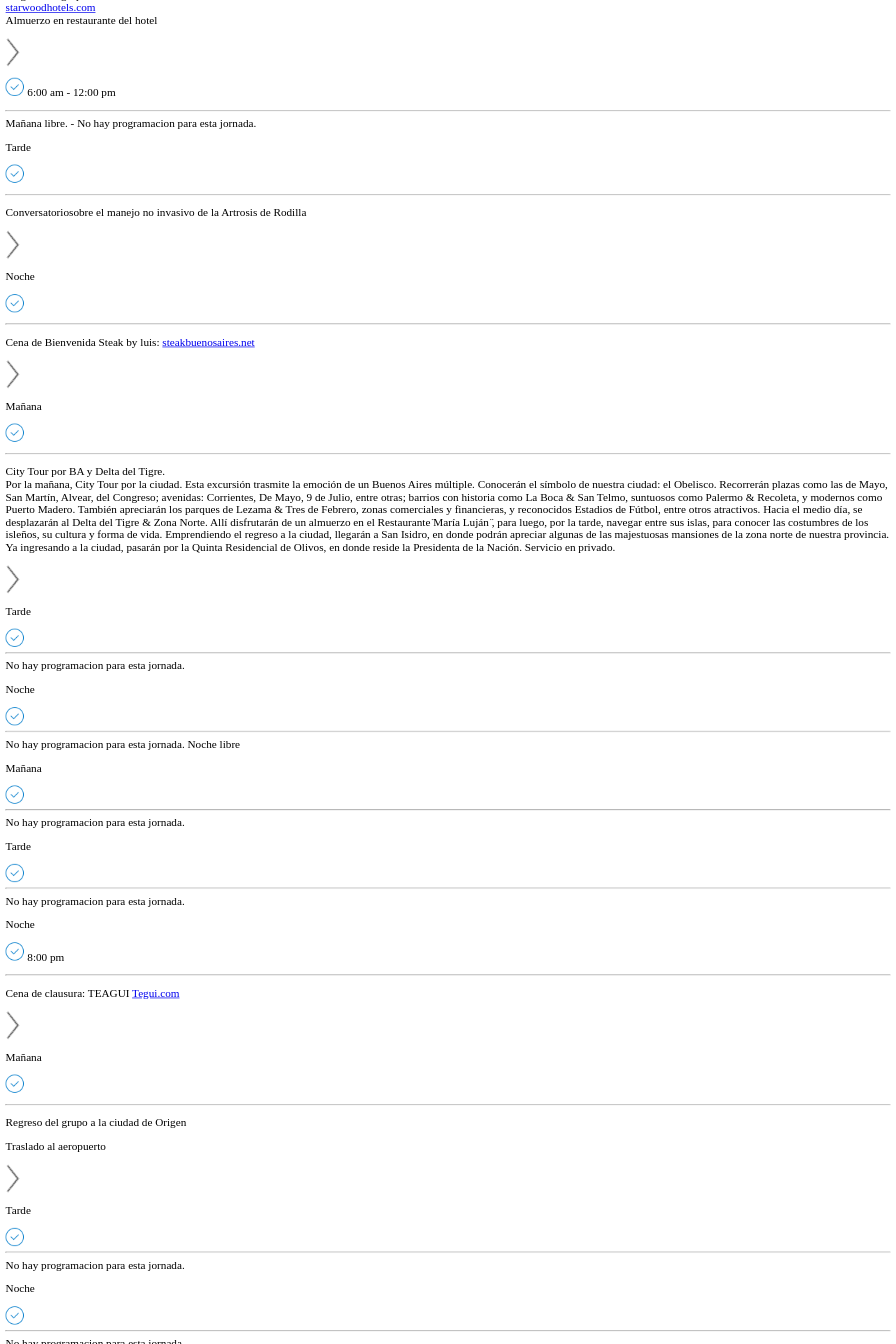
Repository: pacoigloo/Anexia
Page: agenda.html
The author's editor kept a record of every edit. The page is drawn from the files as they stood at one moment, then again after the next edit.
The browser window is 1280 px wide. The pictures show the part of the page from y = 663 to 2583 px (the page is 2599 px tall before and 2603 px after), at 70% of full size.

Above is the page before.

After the next edit:
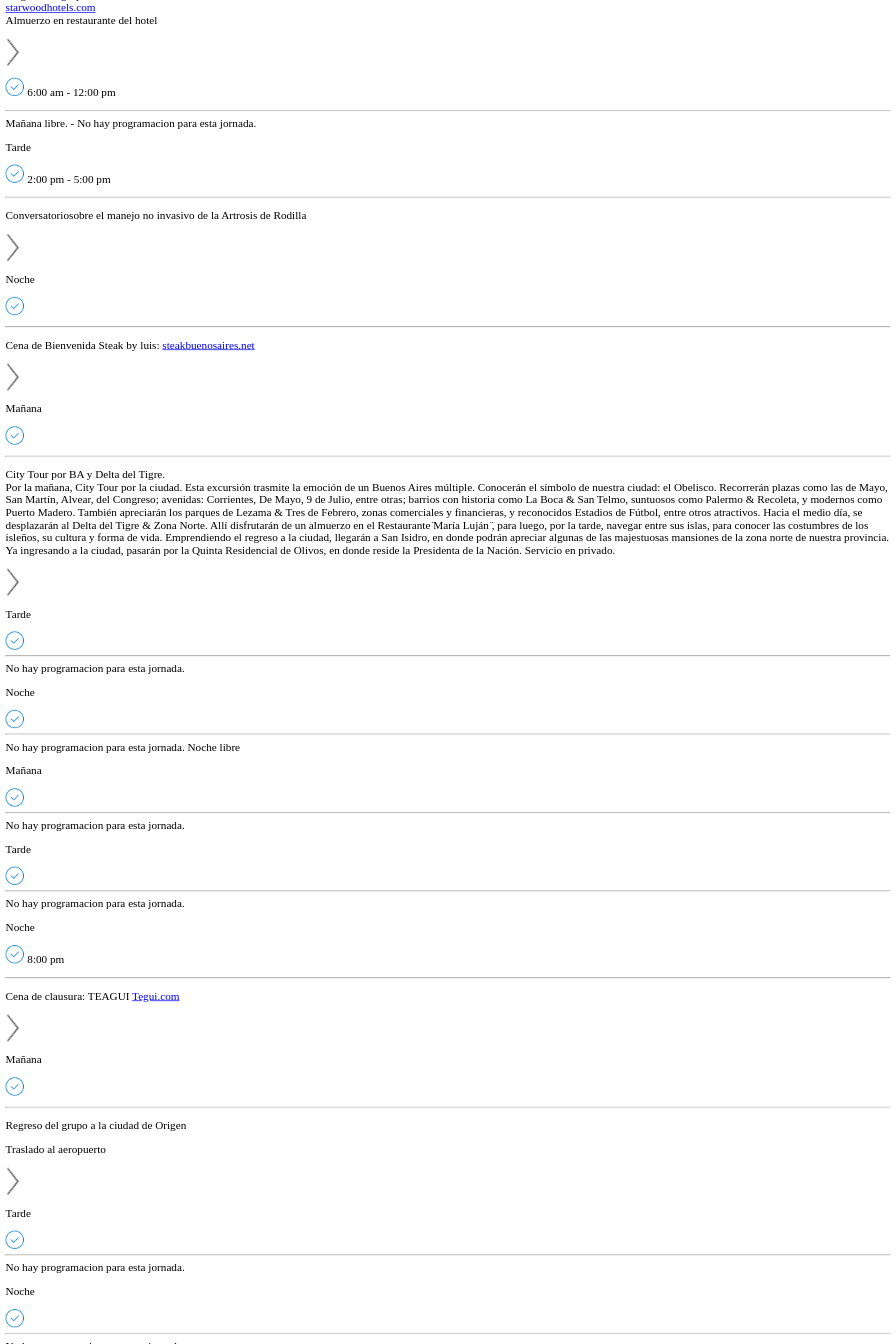
The edit:
--- a/agenda.html
+++ b/agenda.html
@@ -66,7 +66,7 @@
                 Tarde
             </p>
             <div id="contenT">
-                <p id="hora"><img src="img/check.png"></img></p>
+                <p id="hora"><img src="img/check.png"></img> 2:00 pm - 5:00 pm</p>
                 <hr>
                 <p>Conversatoriosobre el manejo no invasivo de la Artrosis de Rodilla</p>
                 <p><img src="img/flecha-derecha.png" id="flecha"></img></p>
